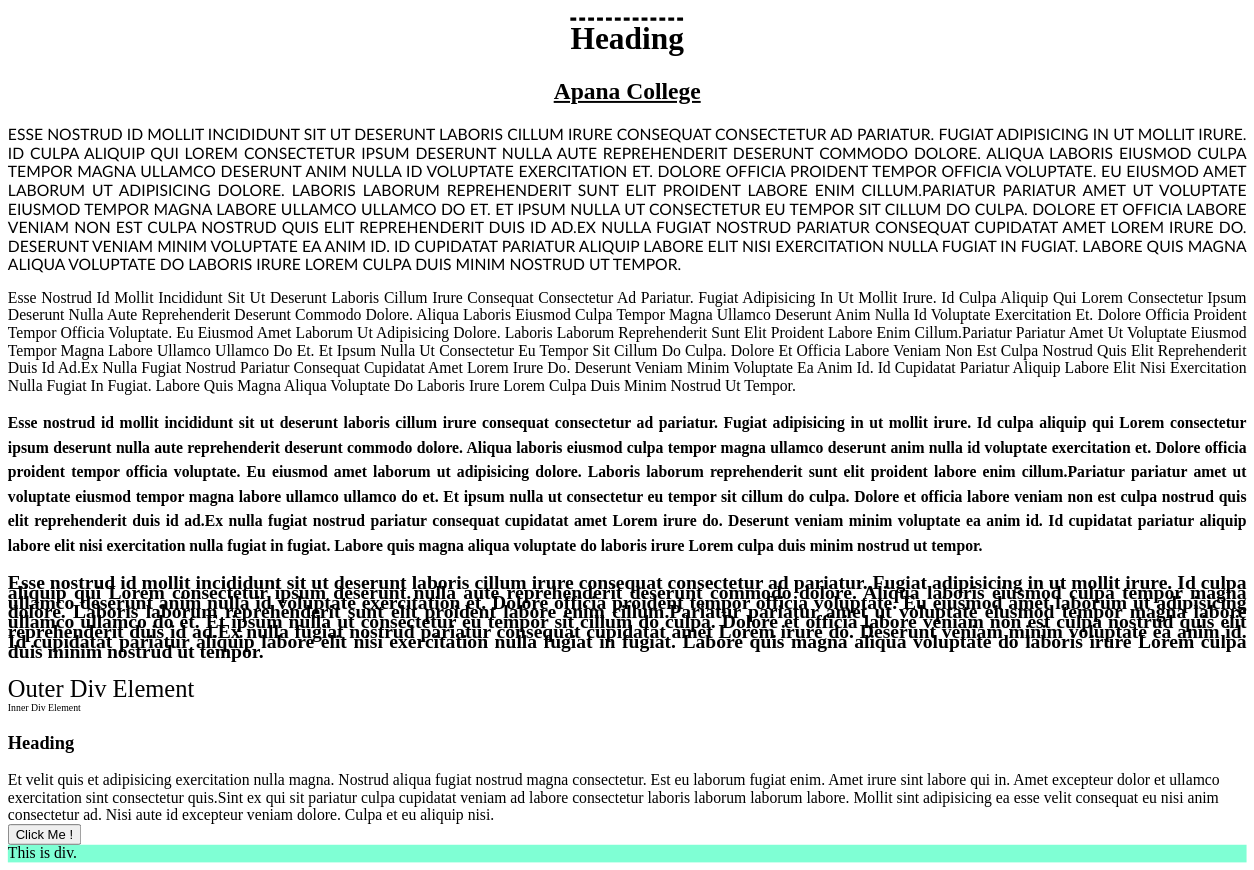
Repository: rakeshkolpepatil/CSS_Apana_College
Page: index.html
The author's editor kept a copy of each file at every save. The page is drawn from the files as they stood at one save, then again after a run of saves.
The browser window is 1280 px wide. The pictures show the whole page, at 98% of full size.

Above is the page before, as saved 2023-06-22 15:46:41.

After the next 2 saves:
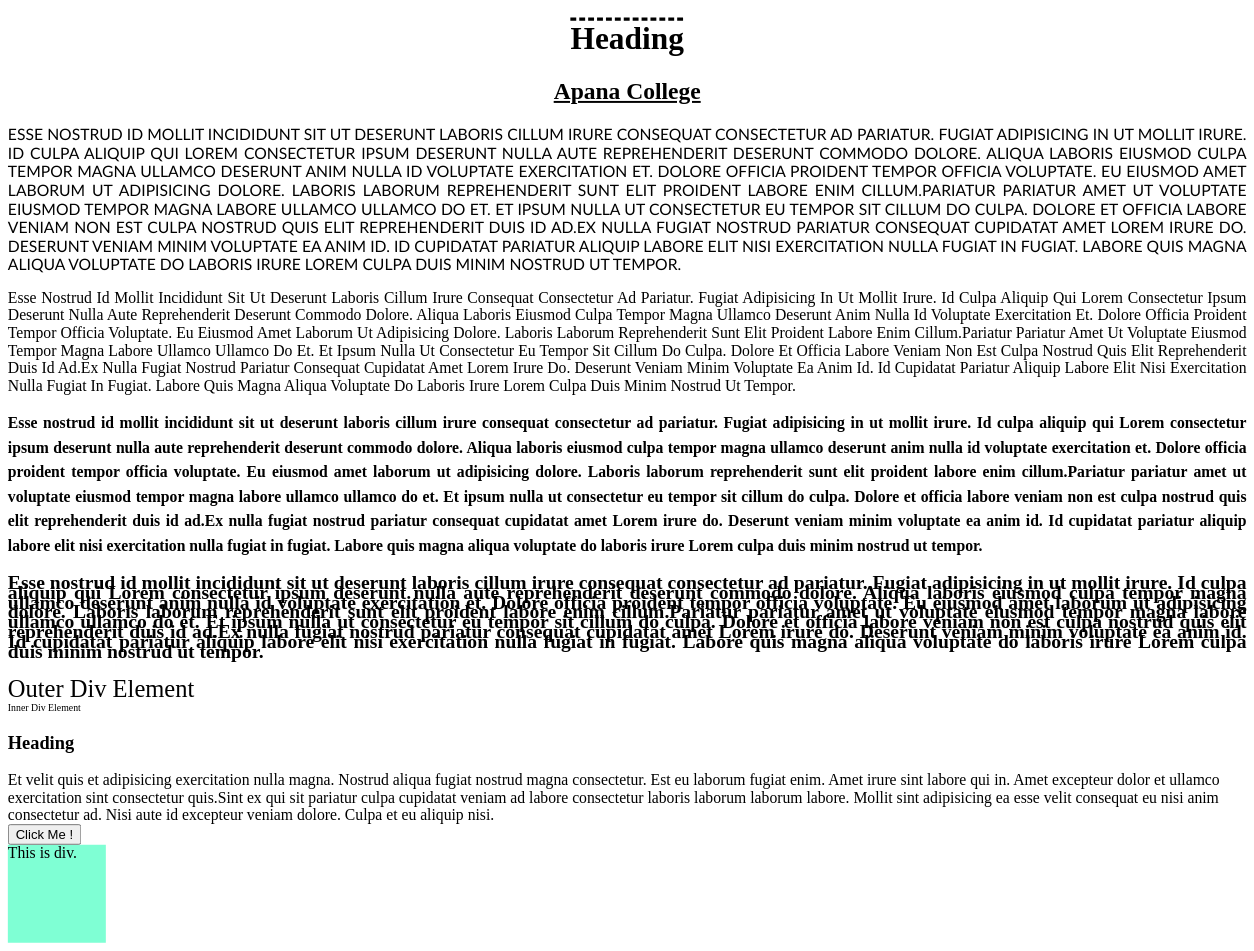
The 2 saves are shown as one change because they came seconds apart.
The last was saved 25 s later.
--- a/styleTwo.css
+++ b/styleTwo.css
@@ -45,7 +45,7 @@ h2{
 }
 
 #div4{
-  height: 100;
-  width: 100;
+  height: 100px;
+  width: 100px;
   background-color:aquamarine
 }
